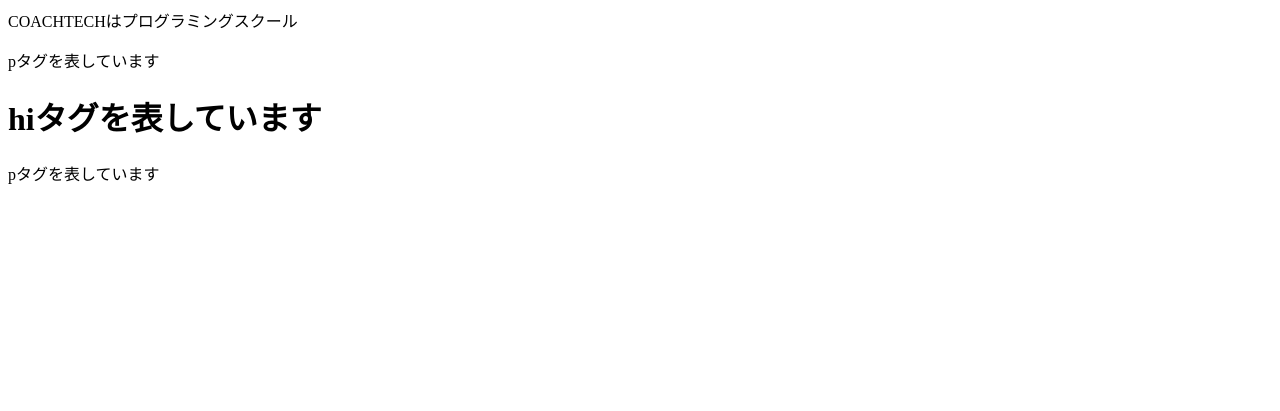
Repository: 9136424556/todo01
Page: coachtech/html-css/index.html
These files come from the project's save history. The page is drawn as it stood at one moment and after the next save; the edit follows.
The browser window is 1280 px wide. The pictures show the whole page.

Above is the page before, as saved 2023-11-19 12:08:13.

### coachtech/html-css/index.html
<!DOCTYPE　html>
<html　lang="ja">
   <head>
     <meta charset="UTF-8"/>
     <meta name="viewport" content="width=device-width, initial-scale=1.0"/>
     <title>COACHTECH</title>
   </head>
   <body>
      <div>
        <p>COACHTECHはプログラミングスクール</p>
        <p>pタグを表しています</p>

        <h1>hiタグを表しています</h1>
        <p>pタグを表しています</p>

      </div>
   </body>
</html>

After the next save:
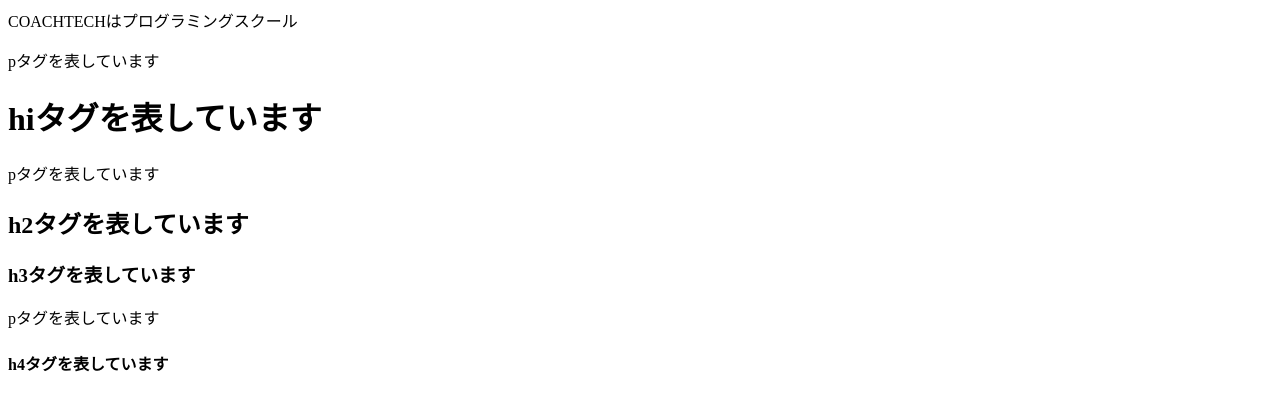
Saved 3 min 36 s later.
--- a/coachtech/html-css/index.html
+++ b/coachtech/html-css/index.html
@@ -13,6 +13,12 @@
         <h1>hiタグを表しています</h1>
         <p>pタグを表しています</p>
 
+        <h2>h2タグを表しています</h2>
+
+        <h3>h3タグを表しています</h3>
+        <p>pタグを表しています</p>
+
+        <h4>h4タグを表しています</h4>
       </div>
    </body>
 </html>
